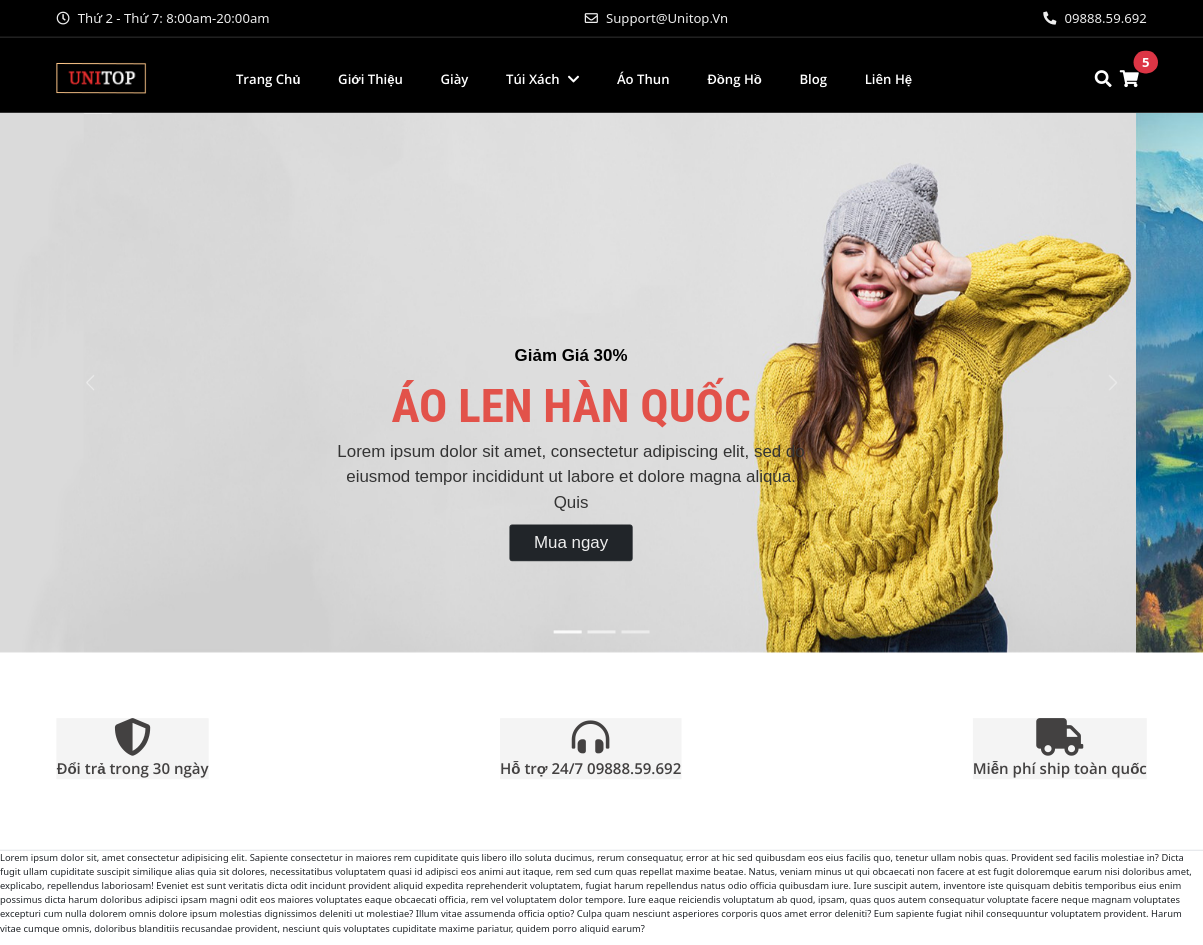
Repository: vinhtk0209/clothes-shop
Page: index.html
An editor plug-in stored every save of this project. The page is shown before and after the next save, followed by the edit.
The browser window is 1280 px wide. The pictures show the whole page, at 94% of full size.

Above is the page before, as saved 2021-10-04 17:36:27.

After the next save:
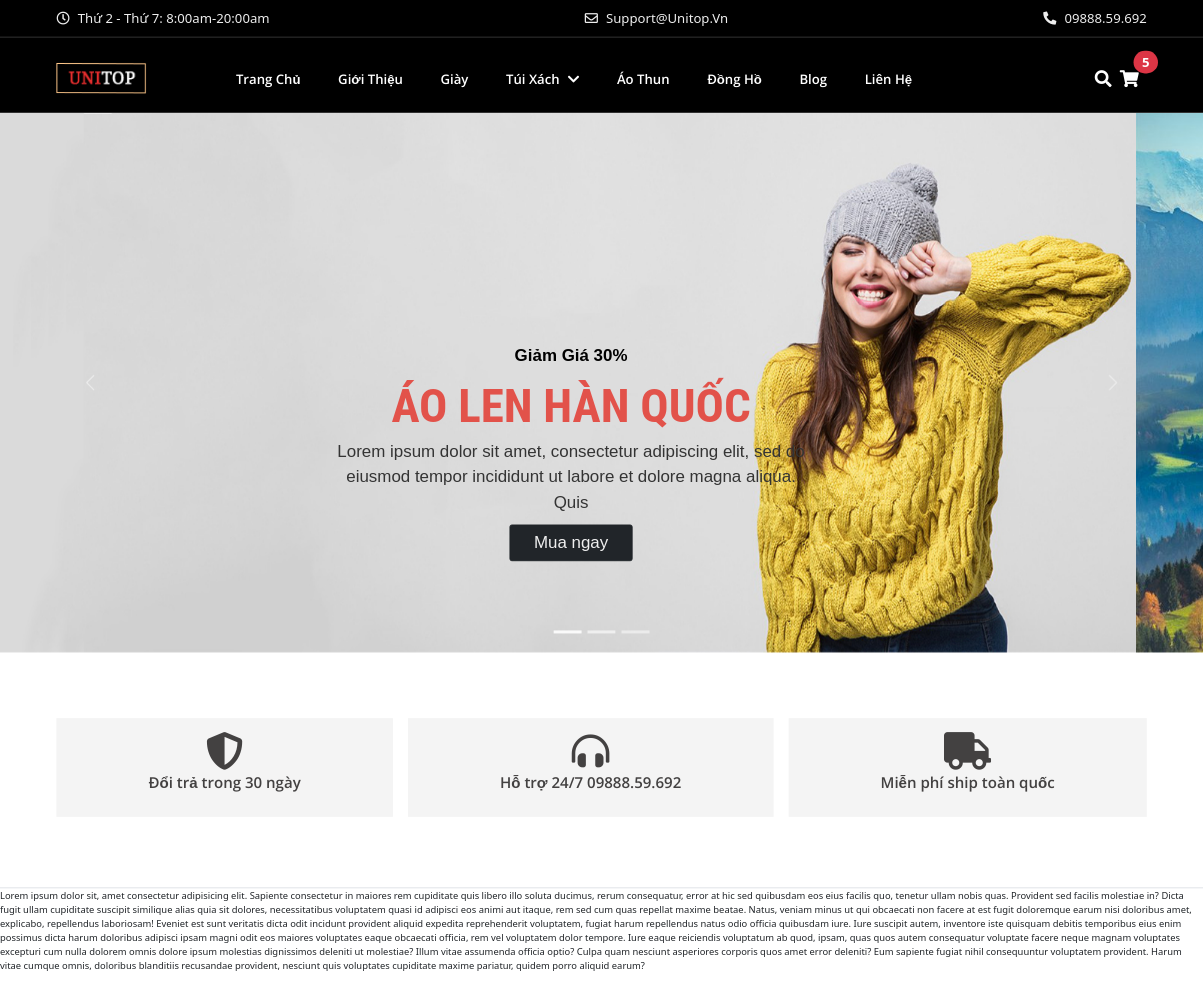
Saved 4 s later.
--- a/assets/css/main.css
+++ b/assets/css/main.css
@@ -159,7 +159,7 @@ ul.sub-menu li a:hover{
 }
 .box-offer{
     background-color: #f4f4f4;
-    padding:  15px  95=8px  25px  ;
+    padding:  15px  98px  25px  ;
     font-size: 1.6rem;
     color:#434141;
     font-weight: 600;
